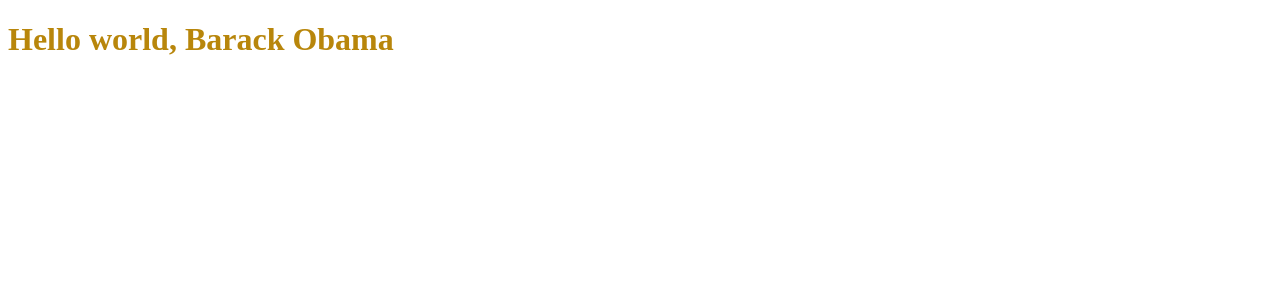
Repository: mohsinfarabi/first-website
Page: power.html
These files come from the project's save history. The page is drawn as it stood at one moment and after the next save; the edit follows.
The browser window is 1280 px wide. The pictures show the whole page.

Above is the page before, as saved 2020-06-29 22:51:05.

After the next save:
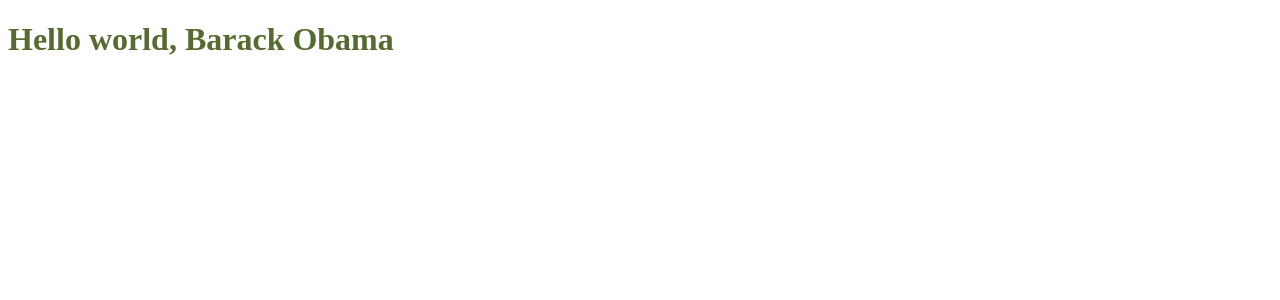
Saved 15 s later.
--- a/power.html
+++ b/power.html
@@ -21,7 +21,7 @@
 </head>
 
 <body>
-    <h1 class="name">Hello world, Barack Obama</h1>
+    <h1 id="obama" class="name">Hello world, Barack Obama</h1>
 </body>
 
 </html>
